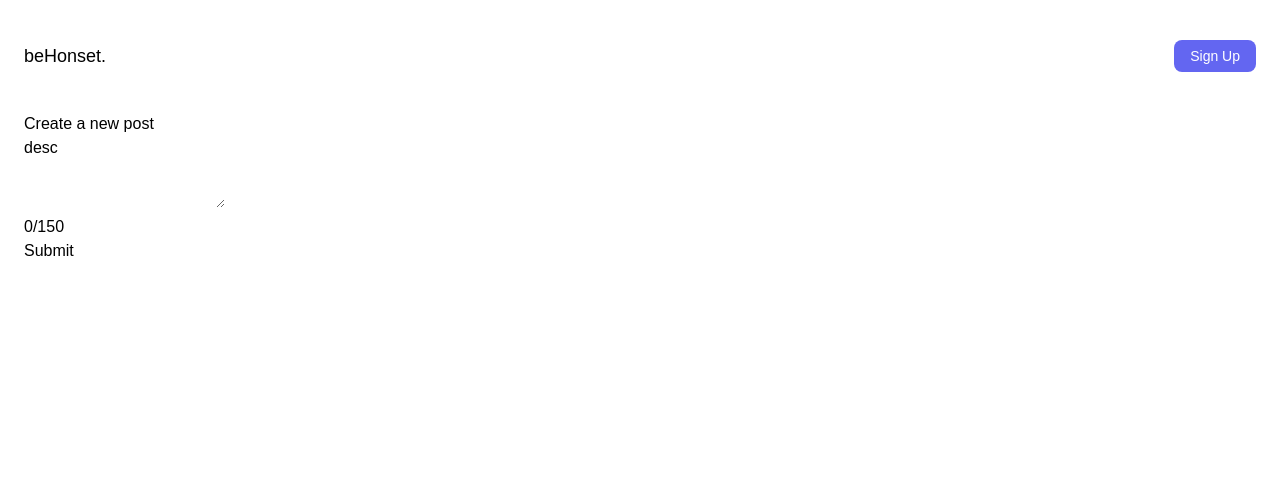
Repository: aidenfine/be-honset
Page: /post
The author's editor kept a copy of each file at every save. The page is drawn from the files as they stood at one save, then again after the next save.
The browser window is 1280 px wide. The pictures show the whole page.
The page's requests for data from a server got no answer. The project was rebuilt for these pictures with package versions that can differ from the ones it lists, and the page was loaded fresh each time. The framework's server and built-in components were replaced by stand-ins that run in the browser. No one was signed in, and anything a server would have sent is missing. Also part of the build but not shown: next.config.js.

Above is the page before, as saved 2022-10-26 19:58:53.

After the next save:
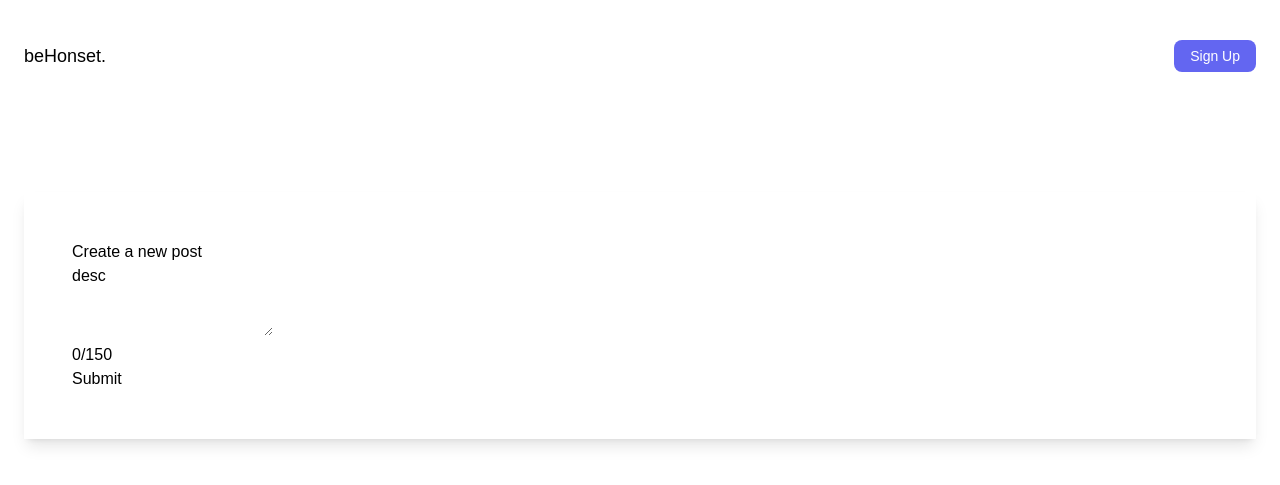
Saved 1 s later.
--- a/pages/post.js
+++ b/pages/post.js
@@ -7,7 +7,7 @@
 
 
     return(
-        <div>
+        <div className='my-20 p-12 shadow-lg '>
             <form>
                 <h1>Create a new post</h1>
                 <div>
